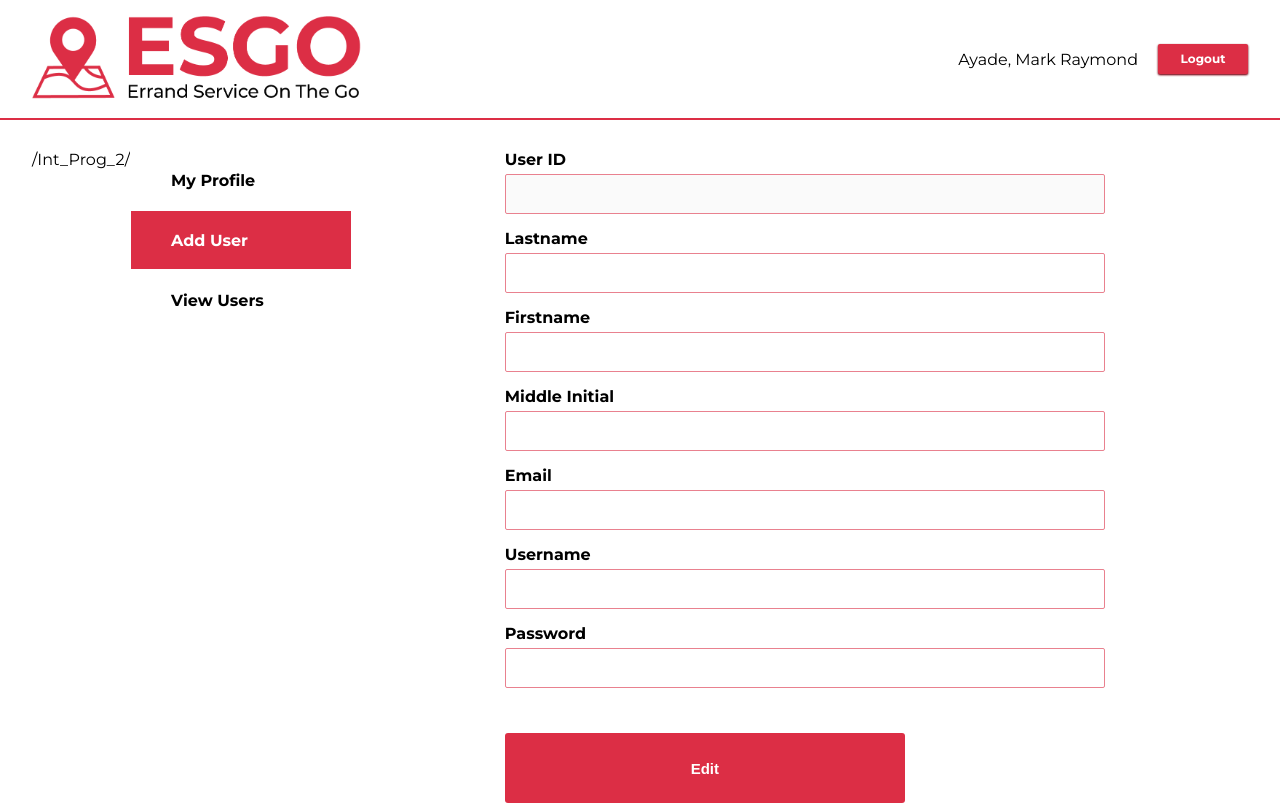
Repository: azkalonz/Int-Prog-2
Page: http://localhost/Int_Prog_2/?page=home
An editor plug-in stored every save of this project. The page is shown before and after the next save, followed by the edit.
The browser window is 1280 px wide. The pictures show the whole page.
The page is served by Tomcat 9.

Above is the page before, as saved 2021-03-30 05:51:59.

After the next save:
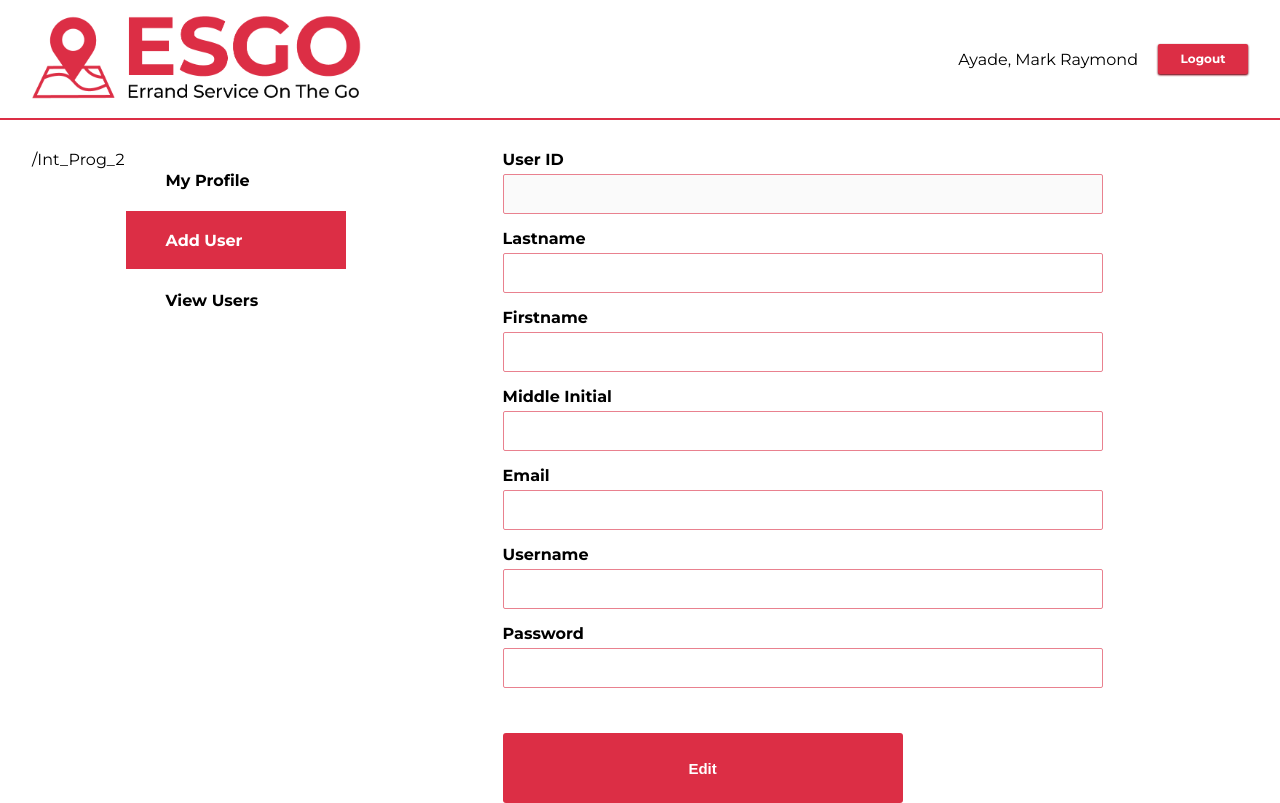
Saved 9 s later.
--- a/Int Prog 2/WebContent/WEB-INF/layout/nav.jsp
+++ b/Int Prog 2/WebContent/WEB-INF/layout/nav.jsp
@@ -1,5 +1,5 @@
 <%@taglib prefix="c" uri="http://java.sun.com/jsp/jstl/core"%>
-<%= request.getRequestURI() %>
+<%= request.getContextPath() %>
 <div class="nav">
     <a href="<%=request.getContextPath()%>">
         <div class="links">My Profile</div>
